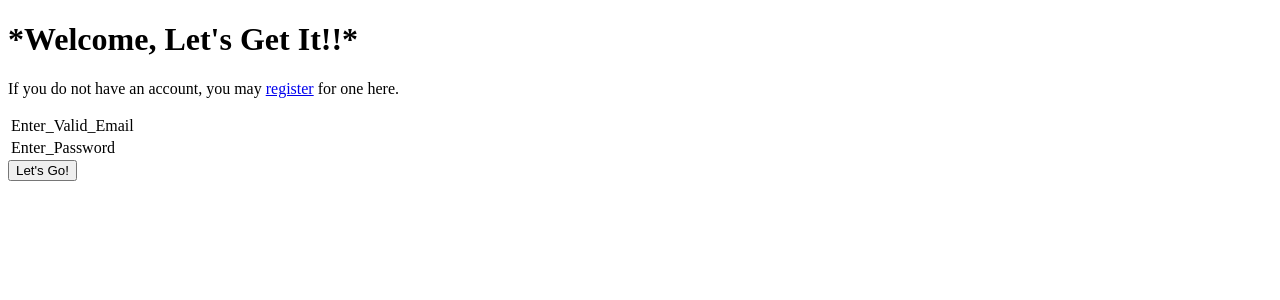
Repository: tlwilliams895/get-it-done
Page: http://localhost/login
The author's editor kept a copy of each file at every save. The page is drawn from the files as they stood at one save, then again after the next save.
The browser window is 1280 px wide. The pictures show the whole page.
The page is served by the project's application, run on Flask 3 (main.py).

Above is the page before, as saved 2019-10-17 16:44:10.

### templates/login.html
{% extends "base.html" %}

{% block content %}

<!-- Create User Login data -->
<h1>*Welcome, Let's Get It!!*</h1>
<p>If you do not have an account, you may <a href="/register">register</a> for one here.</p>
<form action="/login" method="POST">
    <table>
        <tr>
            <td>
                <label for="email">Enter_Valid_Email</label>
            </td>
            <td>

            </td>
        </tr>
        <tr>
            <td>
                <label for="password">Enter_Password</label>
            </td>
        </tr>
    </table>
    <input type="submit" value="Let's Go!" />
</form>

{% endblock %}

### templates/base.html
<!DOCTYPE html>
<html>

<head>
    <title>{{title}}</title>
</head>

<body>

    {% block content %}
    {% endblock %}

</body>

</html>

### main.py
from flask import Flask, request, redirect, render_template
from flask_sqlalchemy import SQLAlchemy

app = Flask(__name__)
app.config['DEBUG'] = True
app.config['SQLALCHEMY_DATABASE_URI'] = 'mysql+pymysql://get-it-done:beproductive@localhost:8889/get-it-done'
app.config['SQLALCHEMY_ECHO'] = True
db = SQLAlchemy(app)


class Task(db.Model):
    # Anytime a new column is added here, remember to drop_all then create_all
    # in Git Bash to reflect and update changes to database
    id = db.Column(db.Integer, primary_key=True)
    name = db.Column(db.String(120))
    completed = db.Column(db.Boolean)

    def __init__(self, name):
        self.name = name
        self.completed = False


@app.route('/login')
def login():
    return render_template('login.html')


@app.route('/register')
def register():
    return render_template('register.html')


# Global task list is commented out because a
# MySQL database is being used now
# tasks = []


@app.route('/', methods=['POST', 'GET'])
def index():

    if request.method == 'POST':
        task_name = request.form['task']
        new_task = Task(task_name)
        db.session.add(new_task)
        db.session.commit()
        # Removed: Will used an object to create a new object in the db
        # tasks.append(task)

    # Add .filter_by to output the uncompleted tasks by value and pair
    tasks = Task.query.filter_by(completed=False).all()
    # Displays completed tasks
    completed_tasks = Task.query.filter_by(completed=True).all()
    return render_template(
        'todos.html',
        title="Megan, Get It Done!",
        tasks=tasks,
        completed_tasks=completed_tasks
    )


@app.route('/delete-task', methods=['POST'])
def delete_task():

    task_id = int(request.form['task-id'])
    task = Task.query.get(task_id)
    task.completed = True
    db.session.add(task)
    # Removed to update delete functions
    # db.session.delete(task)
    db.session.commit()

    return redirect('/')


if __name__ == '__main__':
    app.run()

After the next save:
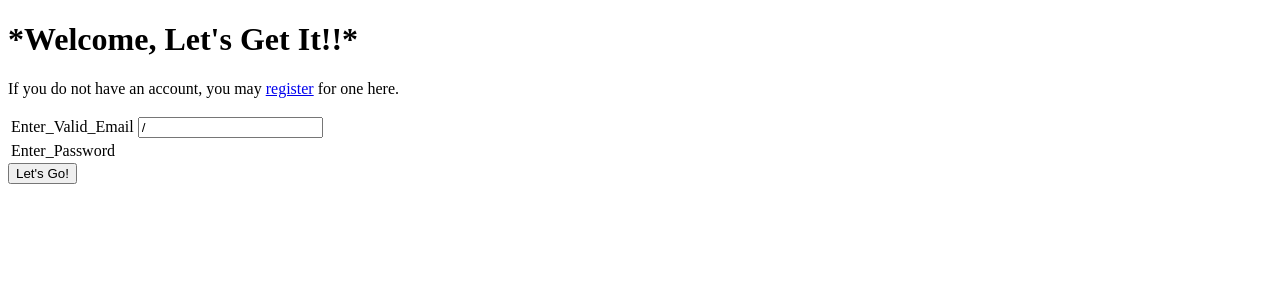
Saved 60 s later.
--- a/templates/login.html
+++ b/templates/login.html
@@ -12,7 +12,7 @@
                 <label for="email">Enter_Valid_Email</label>
             </td>
             <td>
-
+                <input name="email" type="email" value={{ email }} />
             </td>
         </tr>
         <tr>
